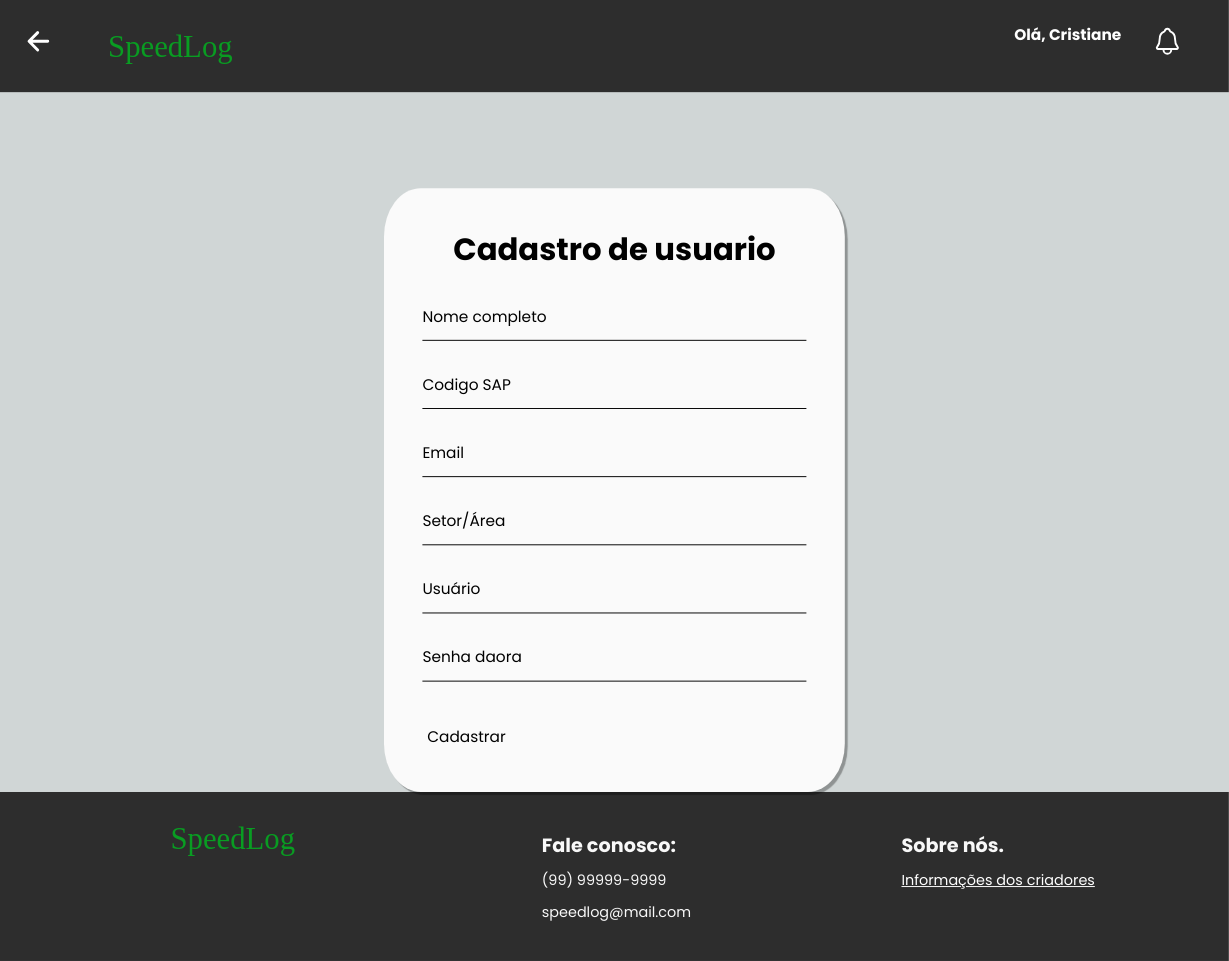
Repository: crisholiveira/speedlog
Page: http://localhost/cadastroDeUsuario/
These files come from the project's save history. The page is drawn as it stood at one moment and after the next save; the edit follows.
The browser window is 1280 px wide. The pictures show the whole page, at 96% of full size.
Some web fonts or font styles are not loaded; a fallback is used. The page is served by the project's Node server (app.js).

Above is the page before, as saved 2022-01-16 19:23:47.

After the next save:
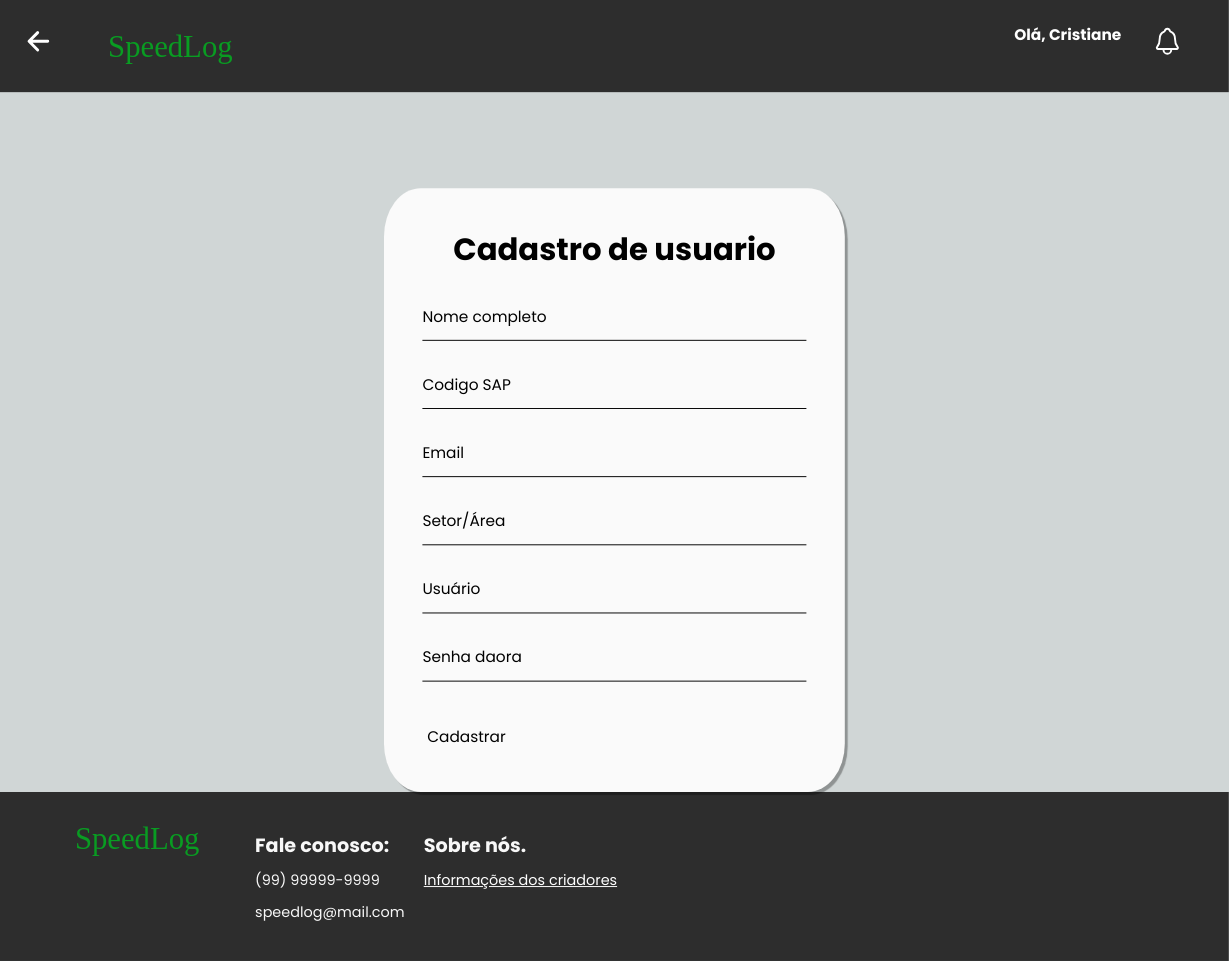
Saved 105 s later.
--- a/public/stylesheets/footer.css
+++ b/public/stylesheets/footer.css
@@ -11,6 +11,9 @@
     background-color:#2d2d2d;
     color: rgb(248, 248, 248);
     padding: 30px;
+    display: flex;
+    align-items: flex-end;
+
 }
 
 .logo{

After the save that followed:
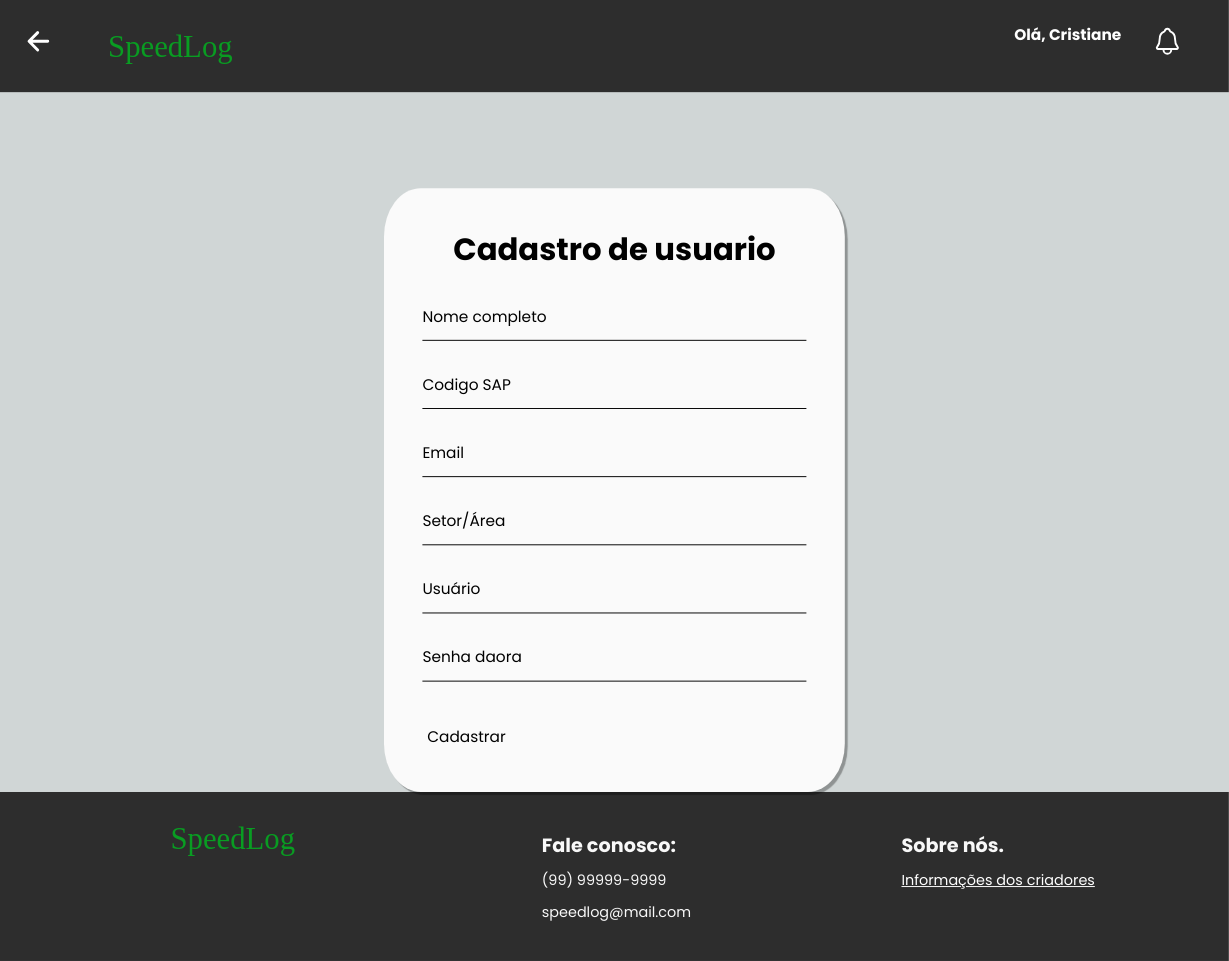
Saved 33 s later.
--- a/public/stylesheets/footer.css
+++ b/public/stylesheets/footer.css
@@ -11,8 +11,7 @@
     background-color:#2d2d2d;
     color: rgb(248, 248, 248);
     padding: 30px;
-    display: flex;
-    align-items: flex-end;
+
 
 }
 
